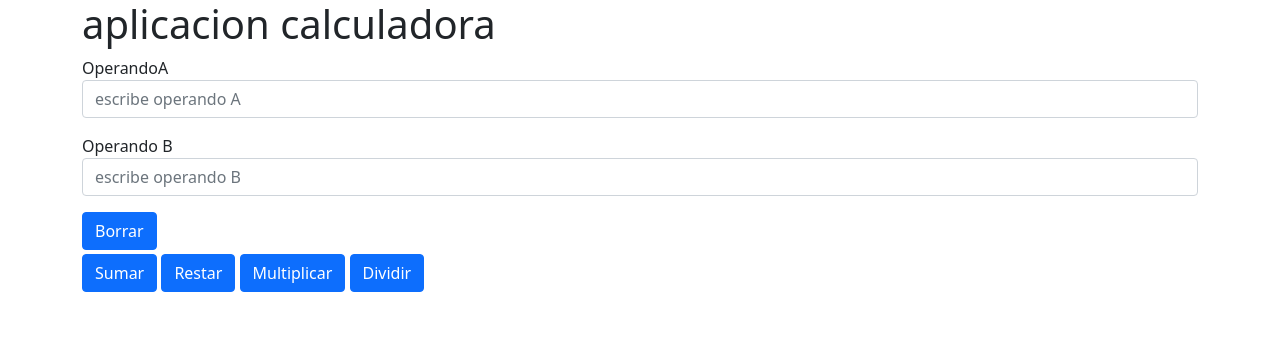
Repository: iwinser117/dw
Page: javascript udemy 43/ejercices/calculadora/index.html
The author's editor kept a copy of each file at every save. The page is drawn from the files as they stood at one save, then again after the next save.
The browser window is 1280 px wide. The pictures show the whole page.

Above is the page before, as saved 2022-10-02 12:32:59.

### javascript udemy 43/ejercices/calculadora/index.html
<!doctype html>
<html>

<head>
    <meta charset="utf-8">
    <meta name="viewport" content="width=device-width, initial-scale=1">
    <link href="https://cdn.jsdelivr.net/npm/bootstrap@5.1.3/dist/css/bootstrap.min.css" rel="stylesheet"
        integrity="sha384-1BmE4kWBq78iYhFldvKuhfTAU6auU8tT94WrHftjDbrCEXSU1oBoqyl2QvZ6jIW3" crossorigin="anonymous">

    <title>aplicacion calculadora</title>
</head>

<body>
    <div class="container">
        <h1 class="display-3s">aplicacion calculadora</h1>

        <form id="forma">
            <div class="mb-3">
                <label for="operandoA">OperandoA</label>
                <input type="number"  class="form-control" id="operandoA" placeholder="escribe operando A">
            </div>
            <div class="mb-3">
                <label for="operandoB">Operando B</label>
                <input type="number" class="form-control" placeholder="escribe operando B" id="operandoB">
            </div>
            <button class="btn btn-primary mb-1 type="reset" value="Borrar">Borrar</button>
    </form>

    <div class="btn-fcn" >
        <button class="btn btn-primary mb-3" onclick="sumar()">Sumar</button>

        <button class="btn btn-primary mb-3" onclick="restar()">Restar</button>

        <button class="btn btn-primary mb-3" onclick="multiplicar()">Multiplicar</button>

        <button class="btn btn-primary mb-3" onclick="dividir()">Dividir</button>


    </div>


    <div id="resultado"></div>
    <div id="resultadoResta"></div>
    <div id="resultadoMultiplicar"></div>
    <div id="resultadoDivision"></div>


    </div>
    </div>


    <script src="https://cdn.jsdelivr.net/npm/bootstrap@5.1.3/dist/js/bootstrap.bundle.min.js"
        integrity="sha384-ka7Sk0Gln4gmtz2MlQnikT1wXgYsOg+OMhuP+IlRH9sENBO0LRn5q+8nbTov4+1p"
        crossorigin="anonymous"></script>
    <script src="js/app.js"></script>
</body>

</html>

### javascript udemy 43/ejercices/calculadora/js/app.js
const forma = document.getElementById(`forma`);
let operandoA = forma[`operandoA`];
let operandoB = forma[`operandoB`];




function sumar(){
    let resultado = parseInt(operandoA.value) + parseInt(operandoB.value);
    if (isNaN(resultado))
        resultado = `la operacion le faltan numeros`;
    document.getElementById(`resultado`).innerHTML = `resultado de la suma es : ${resultado}`;
    console.log(`resultado de la suma es : ${resultado}`);
}



function restar(){
    let resultadoResta = parseInt(operandoA.value) - parseInt(operandoB.value);
    if (isNaN(resultadoResta))
        resultadoResta = `la operacion le faltan numeros`;
    document.getElementById(`resultadoResta`).innerHTML = `resultado de la resta es : ${resultadoResta}`;
    console.log(`resultado de la resta es : ${resultadoResta}`);
}
function multiplicar(){
    let resultadoMultiplicar = parseInt(operandoA.value) * parseInt(operandoB.value);
    if (isNaN(resultadoMultiplicar))
        resultadoMultiplicar = `la operacion le faltan numeros`;
    document.getElementById(`resultadoMultiplicar`).innerHTML = `resultado de la multiplicacion es : ${resultadoMultiplicar}`;
    console.log(`resultado de la multiplicacion es : ${resultadoMultiplicar}`);
}

function dividir(){
    let resultadoDivision= parseInt(operandoA.value) / parseInt(operandoB.value);
    if (isNaN(resultadoDivision))
        resultadoDivision = `la operacion le faltan numeros`;
    document.getElementById(`resultadoDivision`).innerHTML = `resultado de la division es : ${resultadoDivision}`;
    console.log(`resultado de la division es : ${resultadoDivision}`);
}

After the next save:
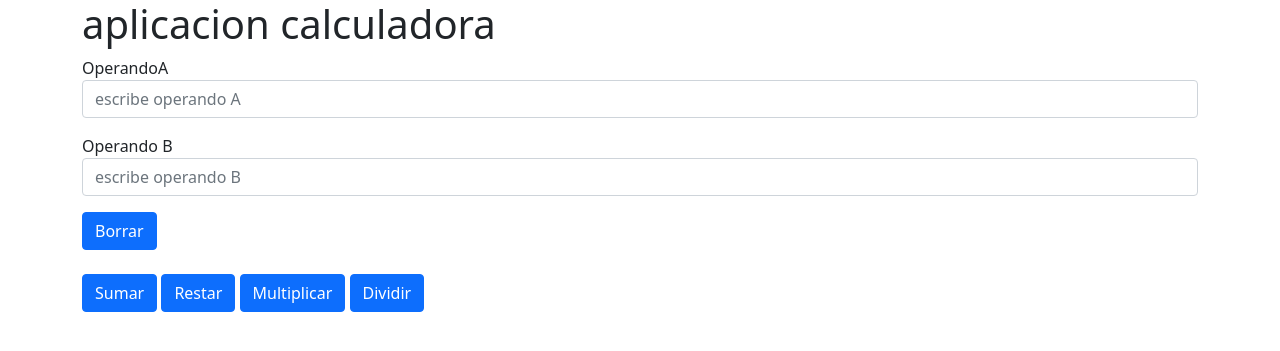
Saved 4 s later.
--- a/javascript udemy 43/ejercices/calculadora/index.html
+++ b/javascript udemy 43/ejercices/calculadora/index.html
@@ -23,7 +23,7 @@
                 <label for="operandoB">Operando B</label>
                 <input type="number" class="form-control" placeholder="escribe operando B" id="operandoB">
             </div>
-            <button class="btn btn-primary mb-1 type="reset" value="Borrar">Borrar</button>
+            <button class="btn btn-primary mb-4 type="reset" value="Borrar">Borrar</button>
     </form>
 
     <div class="btn-fcn" >
